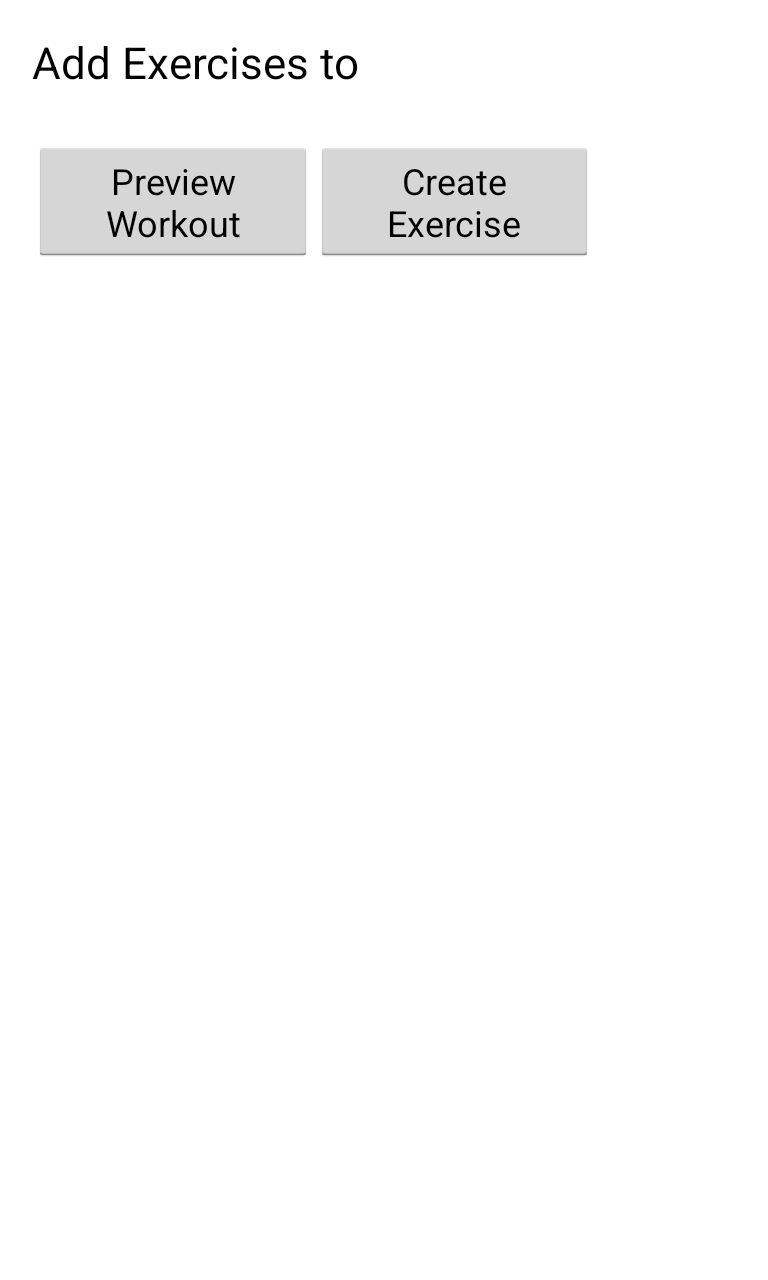
Repository: jmcdon09/EZWorkout
Layout: EzTrain/EzTrain/res/layout/activity_add_exercises.xml
An editor plug-in stored every save of this project. The layout is shown before and after the next save, followed by the edit.
It is drawn on a 768 x 1280 px phone screen (xhdpi) without system bars, with theme AppTheme; the app's code is not run.

Above is the layout before, as saved 2014-03-26 17:08:21.

### EzTrain/EzTrain/res/layout/activity_add_exercises.xml
<LinearLayout xmlns:android="http://schemas.android.com/apk/res/android"
    xmlns:tools="http://schemas.android.com/tools"
    android:id="@+id/LinearLayout1"
    android:layout_width="match_parent"
    android:layout_height="match_parent"
    android:orientation="vertical"
    android:paddingBottom="@dimen/activity_vertical_margin"
    android:paddingLeft="@dimen/activity_horizontal_margin"
    android:paddingRight="@dimen/activity_horizontal_margin"
    android:paddingTop="@dimen/activity_vertical_margin"
    tools:context=".AddExercises" >

    <LinearLayout
        android:layout_width="match_parent"
        android:layout_height="wrap_content" >

        <TextView
            android:id="@+id/adding_exercises"
            android:layout_width="wrap_content"
            android:layout_height="wrap_content"
            android:text="@string/add_exercise_to_workout"
            android:textAppearance="?android:attr/textAppearanceLarge" />

        <TextView
            android:id="@+id/workout_name"
            android:layout_width="wrap_content"
            android:layout_height="wrap_content"
            android:textAppearance="?android:attr/textAppearanceMedium" />

    </LinearLayout>

    <TextView
        android:id="@+id/muscle_group"
        android:layout_width="wrap_content"
        android:layout_height="wrap_content"
        android:textAppearance="?android:attr/textAppearanceMedium" />

    <LinearLayout
        android:weightSum="100"
        android:layout_width="fill_parent"
        android:layout_gravity="center"
        android:layout_height="wrap_content"
        android:orientation="horizontal" >

        <Button
            android:id="@+id/preview_workout"
            android:layout_width="fill_parent"
            android:layout_height="wrap_content"
            android:layout_weight="60"
            android:layout_gravity="center"
            android:text="@string/preview_workout" />

        <Button
            android:id="@+id/create_new_exercise"
            android:layout_width="fill_parent"
            android:layout_height="wrap_content"
            android:layout_weight="60"
            android:layout_gravity="center"
            android:text="@string/create_exercise" />

    </LinearLayout>

</LinearLayout>

### EzTrain/EzTrain/res/values-v11/styles.xml
<?xml version="1.0" encoding="utf-8"?>
<resources>

    <!--
        Base application theme for API 11+. This theme completely replaces
        AppBaseTheme from res/values/styles.xml on API 11+ devices.
    -->
    <style name="AppBaseTheme" parent="android:Theme.Holo.Light">
        <!-- API 11 theme customizations can go here. -->
    </style>

    <style name="FullscreenTheme" parent="android:Theme.Holo">
        <item name="android:actionBarStyle">@style/FullscreenActionBarStyle</item>
        <item name="android:windowActionBarOverlay">true</item>
        <item name="android:windowBackground">@null</item>
        <item name="buttonBarStyle">?android:attr/buttonBarStyle</item>
        <item name="buttonBarButtonStyle">?android:attr/buttonBarButtonStyle</item>
    </style>

    <style name="FullscreenActionBarStyle" parent="android:Widget.Holo.ActionBar">
        <item name="android:background">@color/action_bar_background</item>
    </style>

</resources>

### EzTrain/EzTrain/res/values-v14/styles.xml
<resources>

    <!--
        Base application theme for API 14+. This theme completely replaces
        AppBaseTheme from BOTH res/values/styles.xml and
        res/values-v11/styles.xml on API 14+ devices.
    -->
    <style name="AppBaseTheme" parent="android:Theme.Holo.Light.DarkActionBar">
        <!-- API 14 theme customizations can go here. -->
    </style>

    <style name="FullscreenActionBarStyle" parent="android:Widget.Holo.ActionBar">
        <item name="android:background">@color/action_bar_background</item>
    </style>
</resources>

### EzTrain/EzTrain/res/values/strings.xml
<?xml version="1.0" encoding="utf-8"?>
<resources>

    <string name="app_name">EZWorkout</string>

    <string-array name="workout_type">
        <item>Cardio</item>
        <item>Weight Training</item>
    </string-array>
    <string-array name="muscle_groups">
        <item>Arms</item>
        <item>Chest</item>
        <item>Abdominals</item>
        <item>Shoulders</item>
        <item>Legs</item>
        <item>Back</item>
    </string-array>
    <string-array name="my_workouts">
        <item>Biceps</item>
        <item>Major Chest Workout</item>
    </string-array>

    <string name="workout_now">Start Workout</string>
    <string name="progress">My Progress</string>
    <string name="design_work">Design Workout</string>
    <string name="title_activity_start_workout">Start Workout</string>
    <string name="title_activity_my_progress">My Progress</string>
    <string name="title_activity_design_workout">Design Workout</string>
    <string name="title_activity_add_exercises">Add Exercises</string>
    <string name="title_activity_create_exercise">Create Exercise</string>
    <string name="title_activity_preview_workout">Preview Workout</string>
    <string name="title_activity_my_workouts">My Workouts</string>
    <string name="title_activity_workout_search">Workout Search</string>
    <string name="title_activity_workout">Workout</string>
    <string name="title_activity_update_progress">Update Progress</string>
    <string name="title_activity_display_workouts">DisplayWorkouts</string>
    <string name="title_activity_active_workout">ActiveWorkout</string>
    <string name="workout_name">Workout Name</string>
    <string name="return_workout"></string>
    <string name="action_settings">Action Settings</string>
    <string name="add_exercise_to_workout">Add Exercises to </string>
    <string name="add_exercise">Add Exercise</string>
    <string name="begin_design">Start Design</string>
    <string name="create_exercise">Create Exercise</string>
    <string name="muscle_group">Muscle Group</string>
    <string name="workout_description">Workout Description</string>
    <string name="related_workouts">Related Workouts</string>
    <string name="my_workouts">My Workouts</string>
    <string name="exercises">Exercises</string>
    <string name="start_workout">Start Workout</string>
    <string name="browse_workouts">Browse Workouts</string>
    <string name="exercise_name">Exercise Name</string>
    <string name="set_number">Set #</string>
    <string name="reps">Repitions</string>
    <string name="rep_hint">Rep hint goes here</string>
    <string name="weight">Weight</string>
    <string name="table_exercise">Exercise</string>
    <string name="table_sets">Sets</string>
    <string name="table_reps">Repititions</string>
    <string name="action_home">Home</string>
    <string name="exercise1">Bench press </string>
    <string name="set1">4</string>
    <string name="rep1">8#821112</string>
    <string name="exercise_detail">Details here</string>
    <string name="title_activity_preview_exercise">PreviewExercise</string>
    <string name="hello_world">Hello world!</string>
    <string name="preview_workout">Preview Workout</string>

</resources>

### EzTrain/EzTrain/res/values/colors.xml
<resources>

    <color name="action_bar_background">#4db6af</color>
    <color name="background">#eee</color>
    <color name="font">#444</color>
    <color name="accent">#ccc</color>

</resources>

Loaded but not shown: EzTrain/EzTrain/res/values/styles.xml (common file); EzTrain/EzTrain/res/values/dimens.xml (common file)

After the next save:
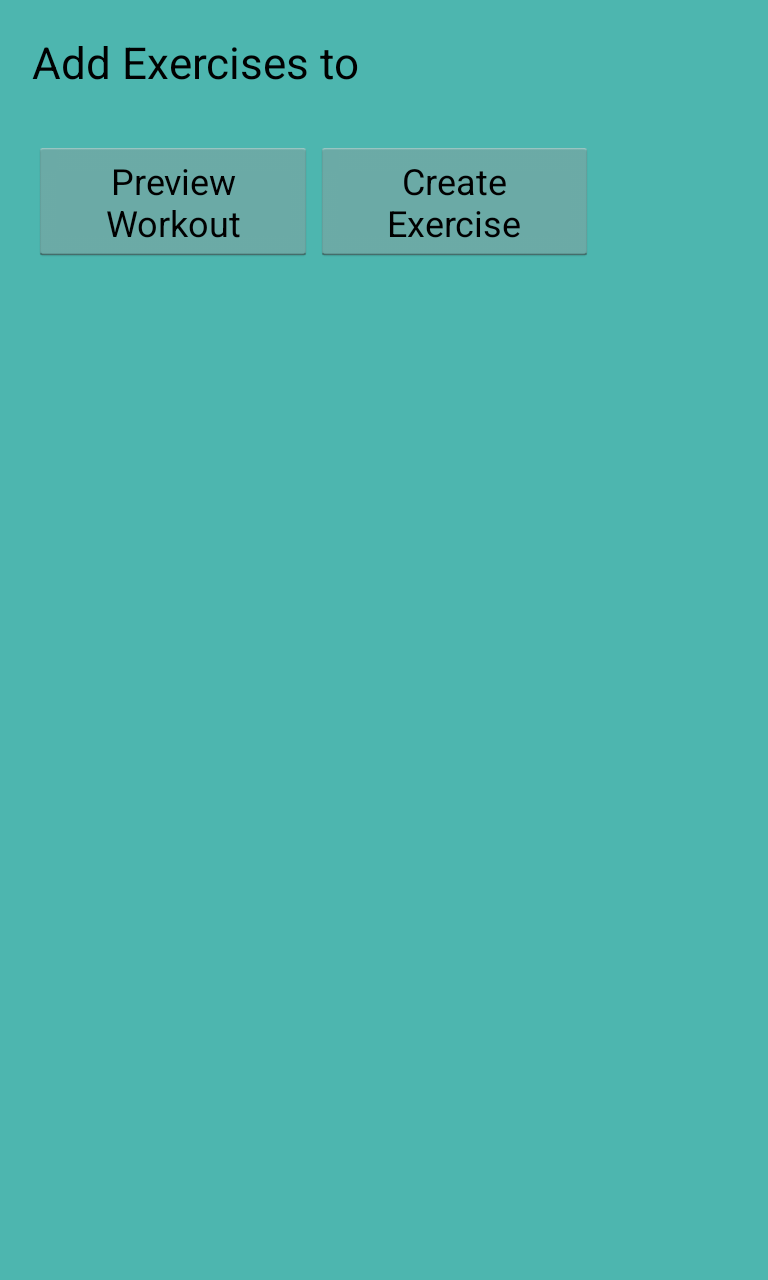
Saved 100 s later.
--- a/EzTrain/EzTrain/res/values-v14/styles.xml
+++ b/EzTrain/EzTrain/res/values-v14/styles.xml
@@ -7,6 +7,8 @@
     -->
     <style name="AppBaseTheme" parent="android:Theme.Holo.Light.DarkActionBar">
         <!-- API 14 theme customizations can go here. -->
+         <item name="android:background">@color/action_bar_background</item>
+
     </style>
 
     <style name="FullscreenActionBarStyle" parent="android:Widget.Holo.ActionBar">

After the save that followed:
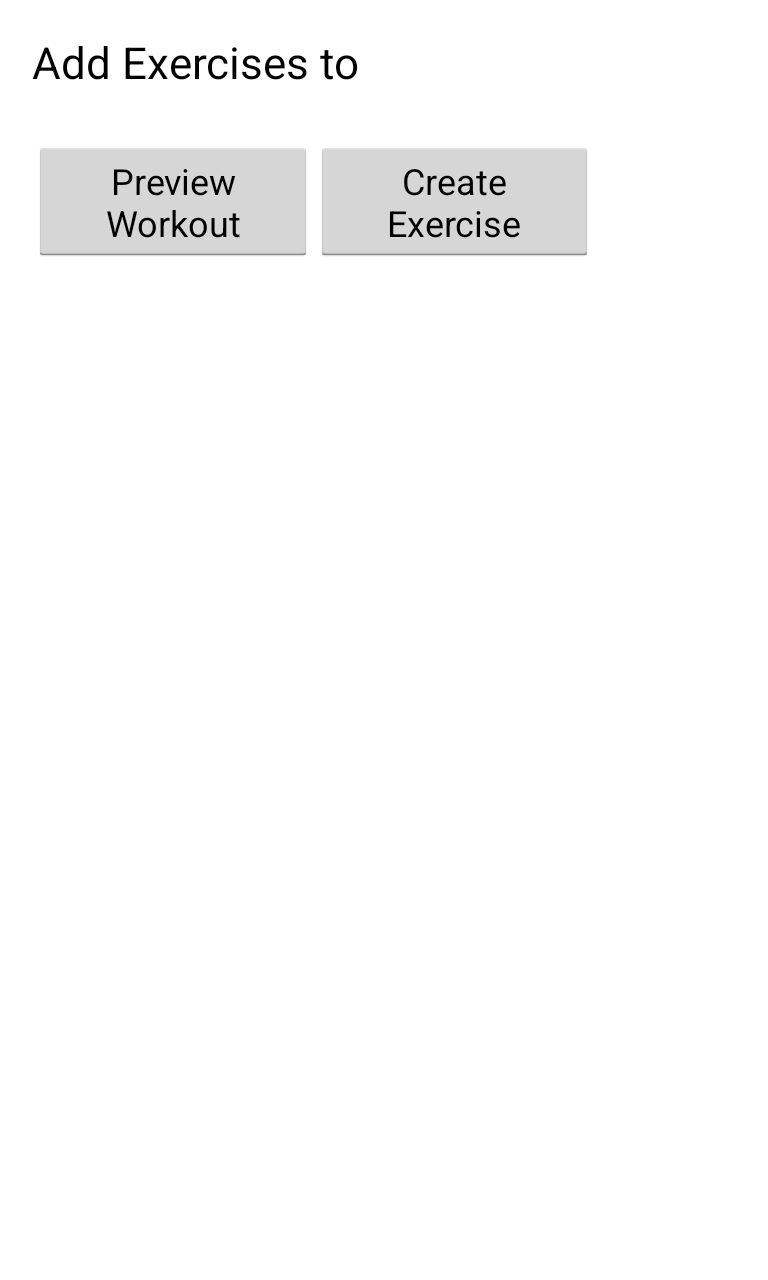
Saved 24 s later.
--- a/EzTrain/EzTrain/res/values-v14/styles.xml
+++ b/EzTrain/EzTrain/res/values-v14/styles.xml
@@ -7,7 +7,6 @@
     -->
     <style name="AppBaseTheme" parent="android:Theme.Holo.Light.DarkActionBar">
         <!-- API 14 theme customizations can go here. -->
-         <item name="android:background">@color/action_bar_background</item>
 
     </style>
 
